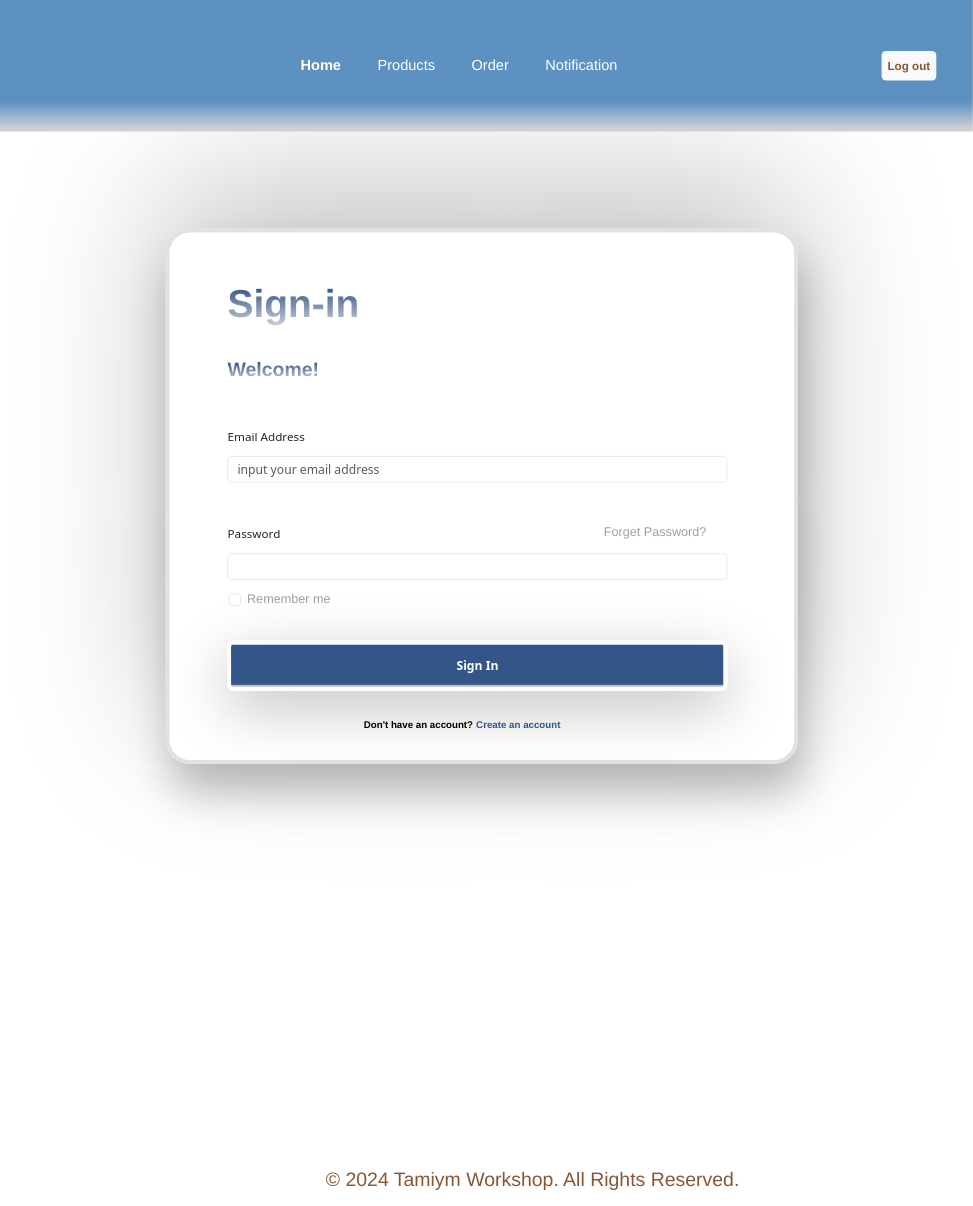
Repository: OVictor21/inventory
Page: /
The author's editor kept a copy of each file at every save. The page is drawn from the files as they stood at one save, then again after the next save.
The browser window is 1280 px wide. The pictures show the whole page, at 76% of full size.
The project was rebuilt for these pictures with package versions that can differ from the ones it lists, and the page was loaded fresh each time.

Above is the page before, as saved 2024-12-14 09:42:29.

### src/index.css

nav {
  background-color: transparent;
  background: linear-gradient(180deg, rgb(93, 145, 194) 77.5%, rgb(206, 208, 214) 97.5%);

}

.navbar-brand img {
  max-width: 10vw;
  min-width: 5vw;
}

.nav-link.nav-text-current {
  font-family: "Montserrat", Helvetica;
  font-weight: 700;
  color: #ffffff;
  font-size: 1.5vw;
}

.nav-link.nav-text {
  font-family: "Montserrat", Helvetica;
  font-weight: 400;
  color: #ffffff;
  font-size: 1.5vw;
}

.nav-link.nav-text-2 {
  font-family: "Montserrat", Helvetica;
  font-weight: 600;
  color: rgb(136, 86, 51);
  font-size: 1.2vw;
}

.background {
  background-color: #000021;
}

/* .background-image {
  background-image: url('/public/back.png');
  background-size: cover;
  background-repeat: no-repeat;
  background-position: center;
  min-height: 100vh;
  color: white;
} */

.sign-in{
  width: 65vw;
  height: 55vw;
  box-shadow: 7px 37px 55px #00000040, 0px -54px 200px #00000040;
  left: 17vw;
  top: 10vw;
  overflow: hidden;
}


.text{
  top: 5vw;
  left: 6vw;
  background: linear-gradient(180deg, rgb(51, 85, 136) 13.5%, rgb(206, 208, 214) 100%);
  -webkit-background-clip: text !important;
  background-clip: text;
  -webkit-text-fill-color: transparent;
  text-fill-color: transparent;
  font-family: "Montserrat-Bold", Helvetica;
  font-weight: 700;
  color: transparent;
  font-size: 4vw;
  letter-spacing: 0;
  line-height: normal;
}



.text-wrapper-8 {
  background: linear-gradient(180deg, rgb(51, 85, 136) 13.5%, rgb(206, 208, 214) 100%);
  -webkit-background-clip: text !important;
  background-clip: text;
  -webkit-text-fill-color: transparent;
  text-fill-color: transparent;
  font-family: "Montserrat-Bold", Helvetica;
  font-weight: 600;
  color: transparent;
  font-size: 2vw;
  letter-spacing: 0;
  line-height: normal;
  top: 13vw;
  left: 6vw;
}

.email-text{
  font-size: 1.2vw;
}

.email{
  top: 20vw;
  left: 6vw;
}

.email-in{
  top: 23vw;
  left: 6vw;
  width: 80%;
  max-width: 80%;
  height: 5%;
}

.pass{
  top: 30vw;
  left: 6vw;
}

.pass-in{
  top: 33vw;
  left: 6vw;
  width: 80%;
  max-width: 80%;
  height: 5%;

}

.text-wrapper-7{
  font-family: "Montserrat-Regular", Helvetica;
  font-weight: 400;
  color: #00000061;
  font-size: 1.3vw;
  letter-spacing: 0;
  line-height: normal;
  top: 30vw;
  text-decoration: none;
  right: 9vw;
}

.form-check-label{
  font-family: "Montserrat-Regular", Helvetica;
  font-weight: 400;
  color: #00000061;
  font-size: 1.3vw;
  letter-spacing: 0;
  line-height: normal;
  top: 37vw;
  left: 8vw;
}

.form-check-input{
  top: 36.8vw;
  left: 8vw;

}

.sign-btn{
  background: linear-gradient(180deg, rgb(51, 85, 136) 93.5%, rgb(206, 208, 214) 97%);
  font-family: "Montserrat-Bold", Helvetica;
  font-weight: 700;
  font-size: 4vw;
  letter-spacing: 0;
  line-height: normal;
  width: 80%;
  top: 42vw;
  left: 6vw;
  box-shadow: 0px 22px 75px #00000040;
}

.acct{
  font-family: "Montserrat-Regular", Helvetica;
  font-weight: 700;
  color: #000000;
  font-size: 1vw;
  letter-spacing: 0;
  line-height: normal;
  top: 50vw;
  left: 20vw;
}

.acct-1{
  font-family: "Montserrat-Bold", Helvetica;
  font-weight: 700;
  color: rgb(51, 85, 136);
  font-size: 1vw;
  text-decoration: none;
  letter-spacing: 0;
  line-height: normal;
  top: 50vw;
  right: 24vw;
}



.pass-text{
font-size: 1.2vw;
}

.copyright-text {
  top: 50vw;
  right: 24vw;
  font-family: "Montserrat", Helvetica;
  font-weight: 400;
  color: rgb(136, 86, 51);
  font-size: 2vw;
}

### src/App.js
import Navbar from './navbar';
import 'bootstrap/dist/css/bootstrap.min.css';
import Body from './body';


function App() {
  return (
    <div className="App">
      <Navbar />
      <Body />
    </div>
  );
}

export default App;

### src/navbar.js

const Navbar = () => {
    return (
        <nav className="navbar navbar-expand-md justify-content-center p-5 z-1">
        <button className="navbar-toggler ms-auto" type="button" data-bs-toggle="collapse" data-bs-target="#collapseNavbar">
            <span className="navbar-toggler-icon"></span>
        </button>

        <div className="navbar-collapse collapse" id="collapseNavbar">
            <ul className="navbar-nav justify-content-center w-100 ">
            <li className="nav-item m-3">
                <a className="nav-link nav-text-current" href="/home">Home</a>
            </li>
            <li className="nav-item m-3">
                <a className="nav-link nav-text" href="/products">Products</a>
            </li>
            <li className="nav-item m-3">
                <a className="nav-link nav-text" href="/order">Order</a>
            </li>
            <li className="nav-item m-3">
                <a className="nav-link nav-text" href="/notifications">Notification</a>
            </li>
            </ul>

            <ul className="navbar-nav ms-auto justify-content-end">
            <li className="nav-item bg-light rounded">
                <button className="nav-link nav-text-2 text-nowrap btn btn-link">Log out</button>

            </li>
            </ul>
        </div>
        </nav>



      );
}

export default Navbar;

### src/body.js
import React from 'react';

const Body = () => {
  return (
    <div className="login">

         <form >
        <div class="sign-in position-relative border border-5 rounded-5">
        <div class="mb-3">
            <p class="text position-absolute">Sign-in</p>
            <div class="text-wrapper-8 position-absolute">Welcome!</div>

          <label for="exampleInputEmail1" class="form-label email position-absolute"><span class="email-text"> Email Address</span></label>
          <input type="email" class="form-control email-in position-absolute" id="exampleInputEmail1" aria-describedby="emailHelp" placeholder="input your email address"/>
        </div>
        <div class="mb-3">
          <label for="exampleInputPassword1" class="form-label pass position-absolute"><span class="pass-text">Password</span> </label>
          <input type="password" class="form-control pass-in position-absolute" id="exampleInputPassword1"/>
          <a href="/forgotpassword" class="text-wrapper-7 position-absolute">Forget Password?</a>
        </div>

        <div class="mb-3 form-check">
            <input type="checkbox" class="form-check-input position-absolute" id="exampleCheck1"/>
            <label class="form-check-label position-absolute" for="exampleCheck1">Remember me</label>
          </div>
        <button type="submit" class="btn sign-btn position-absolute border-white border-5 rounded-3 p-3 text-white fw-bold">Sign In</button>
        <p  class="acct position-absolute">Don't have an account?</p> <a href="/createacct" class="acct-1 position-absolute">Create an account</a>


        </div>


    </form>

    <footer className='footer-body position-relative'>
    <div className="text-center py-3 copyright-text position-absolute">
            © 2024 Tamiym Workshop. All Rights Reserved.
        </div>
    </footer>

    </div>
  );
};

export default Body;

Loaded but not shown: public/index.html (common file); src/index.js (common file); src/reportWebVitals.js (common file)

After the next save:
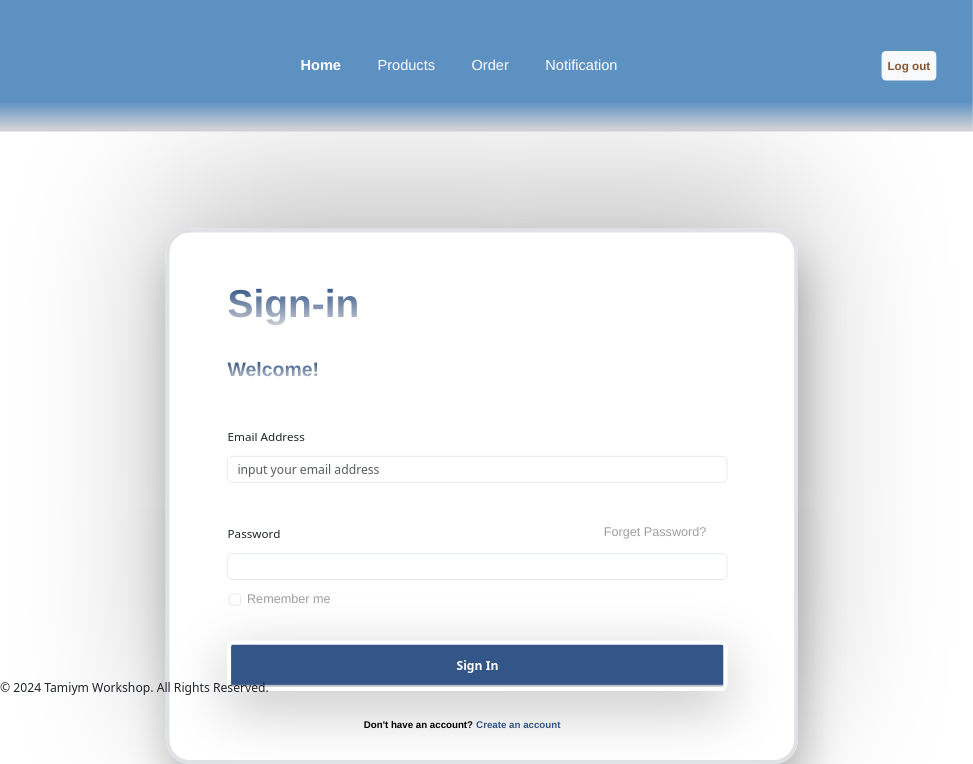
Saved 75 s later.
--- a/src/index.css
+++ b/src/index.css
@@ -190,6 +190,8 @@
 font-size: 1.2vw;
 }
 
+.fo
+
 .copyright-text {
   top: 50vw;
   right: 24vw;

After the 3 saves that followed:
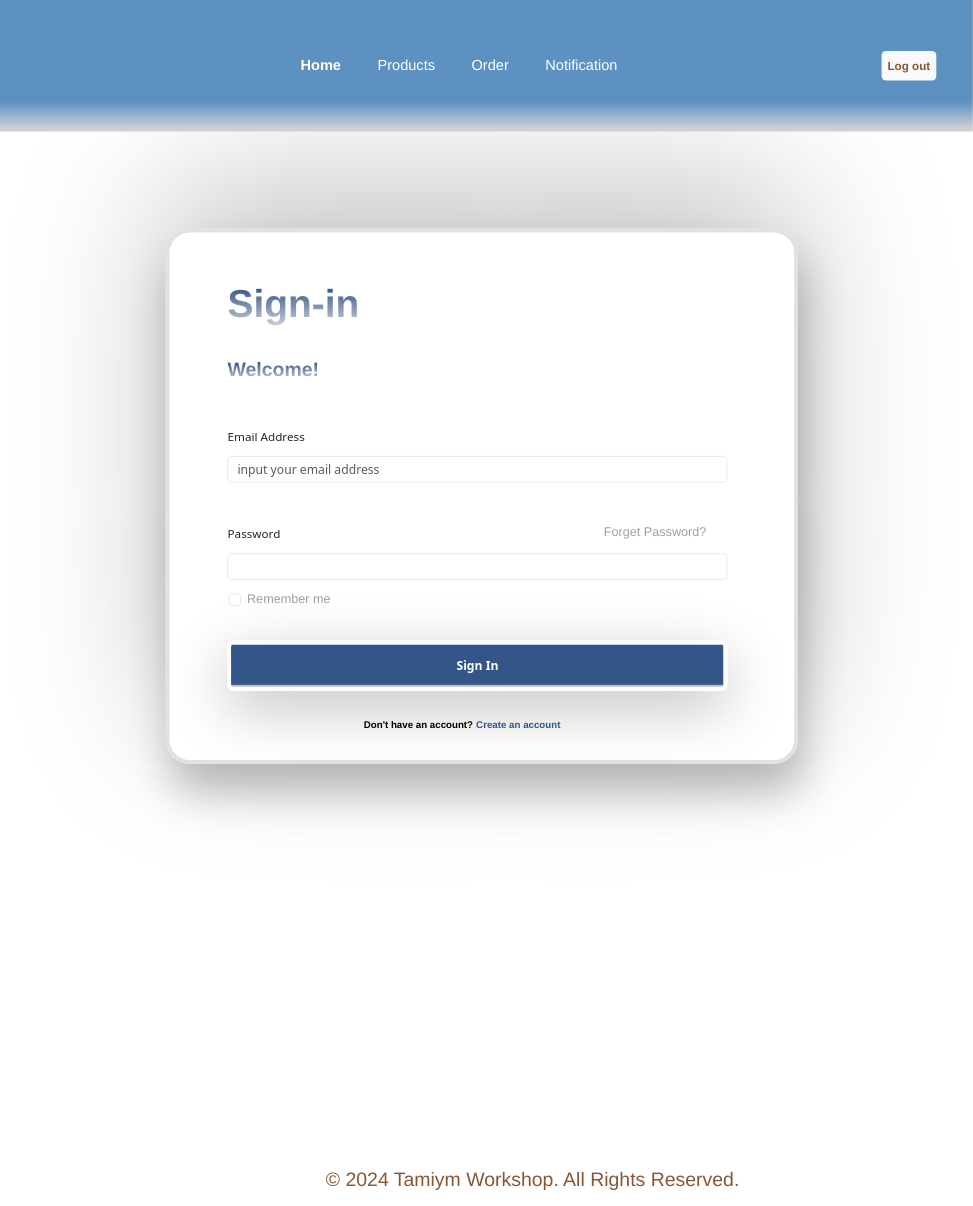
The 3 saves are shown as one change because they came seconds apart.
The last was saved 9 s later.
--- a/src/index.css
+++ b/src/index.css
@@ -190,7 +190,9 @@
 font-size: 1.2vw;
 }
 
-.fo
+.footer-body{
+  rgb(51, 85, 136)
+}
 
 .copyright-text {
   top: 50vw;
